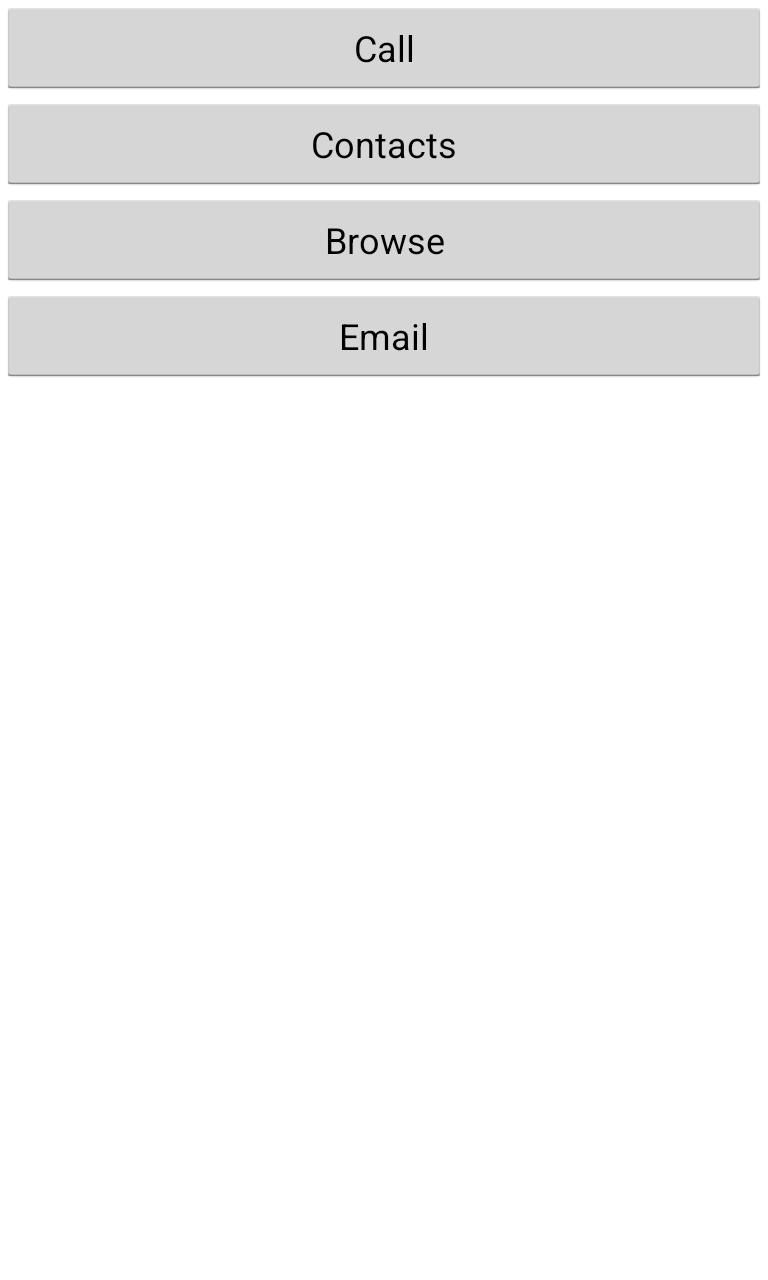
Repository: AnithaGorli/Android
Layout: ImplicitIntentApplication/res/layout/implicitintent.xml
An editor plug-in stored every save of this project. The layout is shown before and after the next save, followed by the edit.
It is drawn on a 768 x 1280 px phone screen (xhdpi) without system bars, with theme AppTheme; the app's code is not run.

Above is the layout before, as saved 2014-09-10 10:05:32.

After the next save:
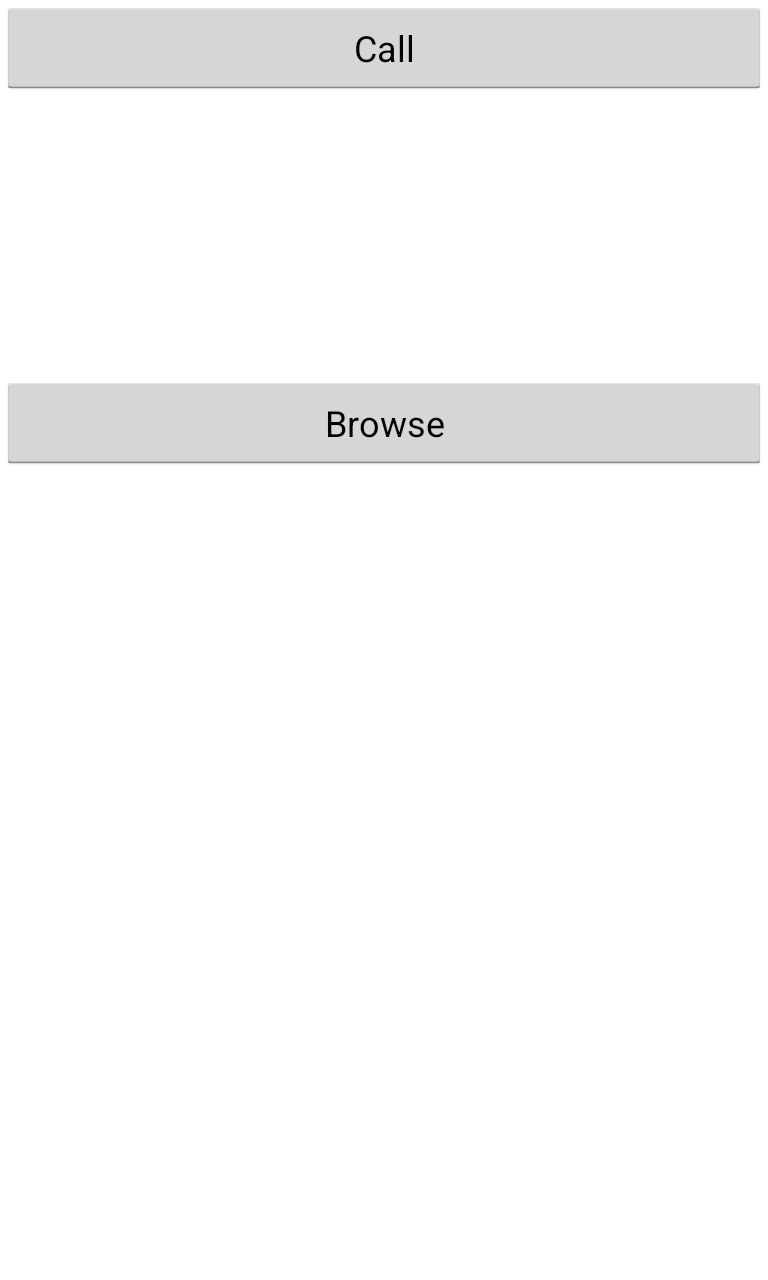
Saved 61 s later.
--- a/ImplicitIntentApplication/res/layout/implicitintent.xml
+++ b/ImplicitIntentApplication/res/layout/implicitintent.xml
@@ -8,8 +8,8 @@
     <LinearLayout
         android:id="@+id/l1"
          android:layout_width="match_parent"
-    android:layout_height="match_parent"
-    android:orientation="vertical" >>
+    android:layout_height="wrap_content"
+    android:orientation="horizontal" >
     <Button
          android:id="@+id/call_btn"
           android:layout_width="match_parent"
@@ -25,6 +25,14 @@
         android:text="@string/contacts"/>
 
 
+     </LinearLayout>
+
+
+    <LinearLayout
+        android:id="@+id/l2"
+         android:layout_width="match_parent"
+    android:layout_height="wrap_content"
+    android:orientation="horizontal" >
 
     <Button
          android:id="@+id/browse_btn"
@@ -37,5 +45,5 @@
         android:layout_height="wrap_content"
         android:text="@string/email"/>
 
-
+    </LinearLayout>
 </LinearLayout>
